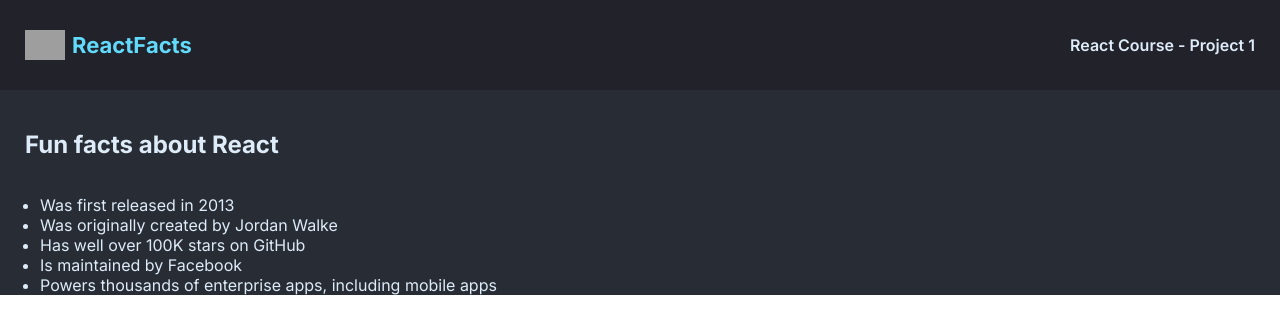
Repository: evemcd/scrimba-react2
Page: / (app in vite-react/)
The author's editor kept a copy of each file at every save. The page is drawn from the files as they stood at one save, then again after the next save.
The browser window is 1280 px wide. The pictures show the whole page.
Pictures or frames that could not be fetched are drawn as grey boxes. The project was rebuilt for these pictures with package versions that can differ from the ones it lists, and the page was loaded fresh each time. Also part of the build but not shown: vite-react/vite.config.js.

Above is the page before, as saved 2023-08-04 12:04:12.

### vite-react/index.html
<!doctype html>
<html lang="en">

<head>
  <meta charset="UTF-8" />
  <meta name="viewport" content="width=device-width, initial-scale=1.0" />
  <link rel="preconnect" href="https://fonts.googleapis.com">
  <link rel="preconnect" href="https://fonts.gstatic.com" crossorigin>
  <link
    href="https://fonts.googleapis.com/css2?family=Inter:wght@400;600;700&family=Roboto+Condensed:wght@300;400;700&family=Roboto:ital,wght@0,400;0,700;0,900;1,300&display=swap"
    rel="stylesheet">
  <link rel="stylesheet" href="./src/index.css">
  <title>ReactFacts</title>
</head>

<body>
  <div id="root"></div>
  <script type="module" src="/src/index.jsx"></script>
</body>

</html>

### vite-react/src/index.css
* {
  box-sizing: border-box;
}

body {
  margin: 0;
  font-family: Inter, sans-serif;
}

nav {
  display: flex;
  align-items: center;
  background-color: #21222A;
  height: 90px;
  padding: 30px 25px;
}

.nav--icon {
  height: 30px;
  margin-right: 7px;
}

.nav--logo_text {
  color: #61DAFB;
  margin: 0;
  margin-right: auto;
  font-weight: 700;
  font-size: 22px;
}

.nav--title {
  margin: 0;
  color: #DEEBF8;
  font-weight: 600;
}

.main {
  background-color: #282D35;
  color: #DEEBF8;
}

.main>h2 {
  margin: 0;
  padding: 40px 25px 20px 25px;
}

### vite-react/src/index.jsx
import React from 'react'
import ReactDOM from 'react-dom'
import App from './App.jsx'



ReactDOM.render(
  <App />,
  document.getElementById('root'))

### vite-react/src/App.jsx
import React from 'react'
import Navbar from './components/Navbar.jsx'
import Main from './components/Main.jsx'

export default function App() {
    return (
        <div className="container">
            <Navbar />
            <Main />
        </div>
    )
}

### vite-react/src/components/Navbar.jsx
import '../index.css'

export default function Navbar() {
    return (
        <nav>
            <img src="../../public/img/react-logo.png" className='nav--icon' />
            <h3 className='nav--logo_text'>ReactFacts</h3>
            <h4 className='nav--title'>React Course - Project 1</h4>
        </nav>
    )
}

### vite-react/src/components/Main.jsx
export default function Main() {
    return (
        <main className="main">
            <h2>Fun facts about React</h2>
            <ul>
                <li>Was first released in 2013</li>
                <li>Was originally created by Jordan Walke</li>
                <li>Has well over 100K stars on GitHub</li>
                <li>Is maintained by Facebook</li>
                <li>Powers thousands of enterprise apps, including mobile apps</li>
            </ul>
        </main>
    )
}

After the next save:
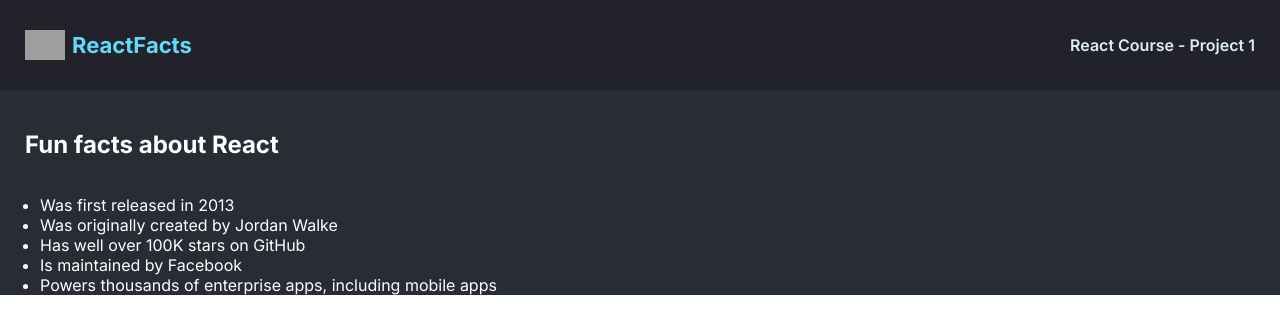
Saved 21 s later.
--- a/vite-react/src/index.css
+++ b/vite-react/src/index.css
@@ -36,7 +36,7 @@ nav {
 
 .main {
   background-color: #282D35;
-  color: #DEEBF8;
+  color: #FFFFFF;
 }
 
 .main>h2 {
